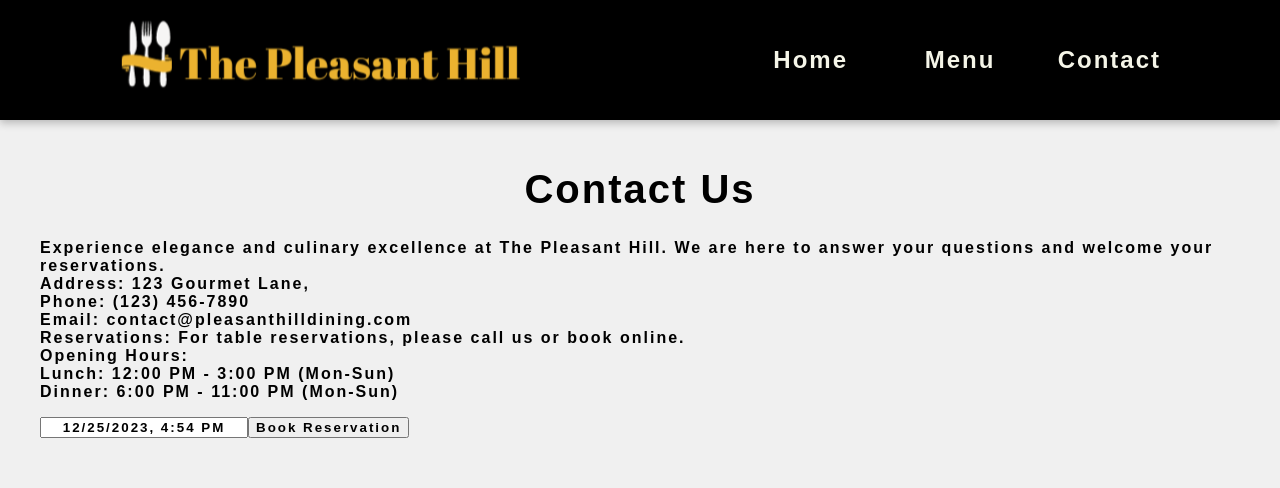
Repository: shayanabedi98/pleasant-hill-restaurant
Page: /, after clicking the first element matching `ul > :nth-child(3)`
The author's editor kept a copy of each file at every save. The page is drawn from the files as they stood at one save, then again after the next save.
The browser window is 1280 px wide. The pictures show the part of the page from y = 0 to 488 px (the page is 1010 px tall).
Pictures or frames that could not be fetched are drawn as grey boxes. Some web fonts or font styles are not loaded; a fallback is used. The project was rebuilt for these pictures with package versions that can differ from the ones it lists, and the page was loaded fresh each time. Also part of the build but not shown: vite.config.js, src/components/MenuList.jsx, src/components/Appetizers.jsx, src/components/Entrees.jsx, src/components/Desserts.jsx, src/components/Drinks.jsx, src/components/Menu.jsx, src/index.css.

Above is the page before, as saved 2024-01-08 16:05:55.

### index.html
<!doctype html>
<html lang="en">
  <head>
    <meta charset="UTF-8" />
    <link rel="icon" type="image/svg+xml" href="/vite.svg" />
    <meta name="viewport" content="width=device-width, initial-scale=1.0" />
    <link rel="preconnect" href="https://fonts.googleapis.com">
    <link rel="preconnect" href="https://fonts.gstatic.com" crossorigin>
    <link href="https://fonts.googleapis.com/css2?family=Italiana&display=swap" rel="stylesheet">
    <title></title>
  </head>
  <body>
    <div id="root"></div>
    <script type="module" src="/src/main.jsx"></script>
  </body>
</html>

### src/App.jsx
import { useState } from "react";
import Contact from "./components/Contact";
import Home from "./components/Home";
import Menu from "./components/Menu";
import Navbar from "./components/Navbar";
import "./App.css";

function App() {
  const [activeDiv, setActiveDiv] = useState({
    home: true,
    menu: false,
    contact: false,
  });

  const renderDiv = (clickedItem) => {
    setActiveDiv({
      home: clickedItem === 'home',
      menu: clickedItem === 'menu',
      contact: clickedItem === 'contact'
    })
  }

  return (
    <>
      <Navbar onClick={renderDiv} />
      {activeDiv.home && <Home />}
      {activeDiv.menu && <Menu />}
      {activeDiv.contact && <Contact />}
    </>
  );
}

export default App;

### src/components/Contact.jsx
import React, { useState } from "react";
import DatePicker from "react-datepicker";
import "react-datepicker/dist/react-datepicker.css";

const Contact = () => {
  const [startDate, setStartDate] = useState(new Date());

  const startOfDay = new Date();
  startOfDay.setHours(19, 0, 0, 0);
  const endOfDay = new Date();
  endOfDay.setHours(23, 0, 0, 0);

  return (
    <div className="contact">
      <h1>Contact Us</h1>
      <p>
        Experience elegance and culinary excellence at The Pleasant Hill. We are
        here to answer your questions and welcome your reservations.
        <br />
        Address:
        123 Gourmet Lane,
        <br />
        Phone: (123) 456-7890
        <br />
        Email: contact@pleasanthilldining.com
        <br />
        Reservations: For table reservations,
        please call us or book online.
        <br />
        Opening Hours:
        <br />
        Lunch:
        12:00 PM - 3:00 PM (Mon-Sun)
        <br />
        Dinner: 6:00 PM - 11:00 PM (Mon-Sun)
        <br />
      </p>
      <DatePicker
        selected={startDate}
        onChange={(date) => setStartDate(date)}
        minDate={startDate}
        minTime={startOfDay}
        maxTime={endOfDay}
        showTimeSelect
        dateFormat="Pp"
      />
      <button>Book Reservation</button>
      <div className="iframe-div">
        <iframe
          className="map"
          src="https://www.google.com/maps/embed?pb=!1m18!1m12!1m3!1d721.6078904512414!2d-79.3904640303319!3d43.65999366841537!2m3!1f0!2f0!3f0!3m2!1i1024!2i768!4f13.1!3m3!1m2!1s0x882b34b7cf806435%3A0x842c90518fb9fea1!2s109%20College%20St%2C%20Toronto%2C%20ON%20M5G%201L6!5e0!3m2!1sen!2sca!4v1703711320331!5m2!1sen!2sca"
          width="800"
          height="400"
          style={{ border: 0 }}
        ></iframe>
      </div>
    </div>
  );
};

export default Contact;

### src/components/Home.jsx
import React from 'react'
import aboutImg from '../assets/about.jpg'
import toronto from '../assets/toronto.jpg'
import '../assets/banner.jpg'

const Home = () => {
  return (
    <div className='home'>
      <div className='banner-content'>
        <h1>Dine in luxury at The Pleasant Hill</h1>
        <div className='banner-buttons'>
          <button>View Menu</button>
          <button>Book Reservation</button>
        </div>
      </div>
      <div className="about">
        <div className='about1'>
          <img src={aboutImg} alt="zoomed in picture of a dining table with utensils" />
          <h2>Indulge in the Epitome of Gastronomic Luxury at The Pleasant Hill, Toronto's premier dining establishment where every dish promises an adventure for the senses. Experience the pinnacle of culinary artistry in the heart of Ontario. Each dish is a masterpiece, composed of the finest locally-sourced ingredients and presented with the elegance worthy of royalty.</h2>
        </div>

        <div className="about2">
          <p>Nestled in the heart of Toronto, Ontario, The Pleasant Hill offers an oasis of culinary refinement in a world bustling with activity. This luxurious haven of gastronomy is not just a restaurant; it is a destination where the art of fine dining is celebrated, and every meal is an exquisite journey. With its opulent ambiance, The Pleasant Hill invites patrons to indulge in a symphony of flavors crafted by world-renowned chefs. Our sommelier-curated wine selection complements the epicurean delights, featuring rare vintages and sought-after labels from the most esteemed vineyards. At The Pleasant Hill, we believe that a meal should be a cherished moment, a time to savor the luxuries that life has to offer. We take pride in creating an unforgettable experience that begins with a warm welcome and lingers long after the last decadent dessert is enjoyed. Come, be our guest and immerse yourself in the pinnacle of Toronto's dining scene.</p>
          <img src={toronto} alt="Toronto skyline" />
        </div>
      </div>
    </div>
  )
}

export default Home

### src/components/Navbar.jsx
import React from "react";
import logo from "../assets/logo2.png";

const Navbar = ({ onClick }) => {
  return (
    <div className="navbar">
      <img src={logo} alt="" />
      <ul>
        <li onClick={() => onClick("home")}>Home</li>
        <li onClick={() => onClick("menu")}>Menu</li>
        <li onClick={() => onClick("contact")}>Contact</li>
      </ul>
    </div>
  );
};

export default Navbar;

### src/App.css
* {
  font-family: 'Italiana', sans-serif;
  font-weight: 600;
  letter-spacing: 2px;
}

body {
  padding: 0px;
  margin: 0px;
}

.navbar {
  background-color: black;
  display: grid;
  grid-template-columns: 1fr 1fr;
  place-items: center;
  align-content: center;
  height: 120px;
  box-shadow: rgba(0, 0, 0, 0.24) 0px 3px 8px;
  z-index: 2;
  position: fixed;
  width: 100%;
  top: 0;
}

.navbar ul li {
  list-style: none;
  font-size: 24px;
  text-align: center;
  color: rgb(245, 245, 232);
  background-color: black;
}

.navbar ul {
  display: grid;
  width: 70%;
  grid-template-columns: 1fr 1fr 1fr;
  padding: 0px;
  margin: 0px;

}

.navbar ul li:hover {
  cursor: pointer;
  background-color: #aa9c66;
}

.banner-content {
  background: url('./assets/banner.jpg');
  background-attachment: fixed;
  height: 980px;
  display: grid;
  place-items: center;
}

.banner-content h1 {
  position: relative;
  top: 200px;
  font-size: 70px;
  color: #ffffff;
}

.banner-buttons {
  position: relative;
  top: -150px;
  display: grid;
  grid-template-columns: 1fr 1fr;
  gap: 50px;
}

.banner-buttons button {
  width: 170px;
  height: 70px;
  font-size: 20px;
  border: none;
  background-color: #aa9c66;
  color: #ffffff;
  cursor: pointer;
  box-shadow: rgba(50, 50, 93, 0.25) 0px 13px 27px -5px, rgba(0, 0, 0, 0.3) 0px 8px 16px -8px;
}

.about {
  box-shadow: rgba(0, 0, 0, 0.1) 0px 4px 6px -1px, rgba(0, 0, 0, 0.06) 0px 2px 4px -1px;
  width: 1220px;
  margin: 70px auto;
  padding: 40px;
  text-align: start;
  background-color: #f0f0f0;
}

.about1, .about2 {
  display: grid;
  grid-template-columns: 1fr 1fr;
  place-items: center;
  width: 1200px;
  margin: 70px auto;
  padding: 25px;
  line-height: 35px;
}

.about img {
  height: 550px;
  width: 550px;
  object-fit: cover;
}

.menu {
  background-color: #f0f0f0;
  width: 1220px;
  padding: 40px;
  margin: 120px auto;
  box-shadow: rgba(0, 0, 0, 0.1) 0px 4px 6px -1px, rgba(0, 0, 0, 0.06) 0px 2px 4px -1px;
}

.card-container {
  display: grid;
  gap: 20px;
  grid-template-columns: repeat(3, 1fr);
  place-items: center;
  color: #aa9c66;
  width: 1200px;
  margin: auto;
}

.menu-imgs {
  width: 300px;
  margin: 30px 30px 30px 30px;
  border-radius: 5%;
}

.menu-desc {
  text-align: center;
  font-weight: 600;
  padding-left: 20px;
  padding-right: 20px
}

.menu-names {
  font-size: 25px;
  text-decoration: underline;
  color: rgb(158, 152, 96);
}

.card {
  width: 370px;
  min-height: 400px;
  cursor: pointer;
  box-shadow: 0 13px 27px -5px hsla(240, 30.1%, 28%, 0.25), 0 8px 16px -8px hsla(0, 0%, 0%, 0.3), 0 -6px 16px -6px hsla(0, 0%, 0%, 0.03);
  transition: all ease 200ms;
  display: grid;
  place-items: center;
  grid-template-rows: 1fr 0.3fr 0.3fr;
  background-color: black;
  border-radius: 1rem;
  overflow: hidden;

}

.card:hover {
  cursor: pointer;
  transform: scale(1.03);
  box-shadow: 0 13px 40px -5px hsla(240, 30.1%, 28%, 0.12), 0 8px 32px -8px hsla(0, 0%, 0%, 0.14), 0 -6px 32px -6px hsla(0, 0%, 0%, 0.02);
}


.menu-desc, .menu-names {
  background-color: black;
}

.menu h2 {
  text-align: center;
  font-size: 35px;
  margin: 60px 0 60px 0;

}

.menu h1 {
  text-align: center;
  font-size: 40px;
}

.menu-top-p {
  text-align: center;
  font-size: 23px;
  width: 1200px;
  margin: 70px auto;
}

.contact {
  background-color: #f0f0f0;
  width: 1200px;
  margin: 100px auto;
  height: 730px;
  padding: 40px;
}


.contact h1 {
  text-align: center;
  width: 1200px;
  font-size: 40px;

}

.contact h2 {
  text-align: center;
  margin: 50px auto;
  width: 1000px;
  font-size: 20px;
}

.contact h3 {
  text-align: center;
  margin: 40px auto;
}

/* Style the calendar container */
.react-datepicker {
  border: none;
  border-radius: 10px;
  box-shadow: 0 4px 8px rgba(0, 0, 0, 0.1);

}

react-datepicker__input-container {
  margin: 0 auto;
}

.contact input {
  width: 200px;
  text-align: center;
  font-family: sans-serif;
}

/* Style the header */
.react-datepicker__header {
  background-color: #4a90e2;
  color: white;
}

/* Style the days of the week */
.react-datepicker__day-name {
  color: #333;
}

/* Style the date cells */
.react-datepicker__day, .react-datepicker__day-name {
  width: 2.5rem;
  line-height: 2.5rem;
  margin: 0.166rem;
  border-radius: 50%;
}

/* Style the selected date */
.react-datepicker__day--selected {
  background-color: #c2ab4f;
  color: white;
}

/* Style the hover effect on dates */
.react-datepicker__day:hover {
  background-color: #aa9c66;
}

.react-datepicker__time-container {
width: 120px;
}

.react-datepicker__time-box {
  width: 120px !important;
}


.iframe-div {
  margin: 50px auto;
  display: flex;
  justify-content: center;
  align-items: center;
  height: 400px;
}



@media only screen and (max-width: 1300px) {
  .about {
    width: 100%;
    padding: 0;
  }

  .about1, .about2 {
    grid-template-rows: 1fr 1fr;
    grid-template-columns: none;

  }

  .about1 {
    margin: 0;
    padding-top: 50px;
  }

  .about1 img {
    width: 500px;
    height: 300px;
  }

  .about1 h2 {
    font-size: 20px;
    margin: 50px 40px 40px 40px;
    text-align: center;
  }

  .about2 img {
    order: -1;
    width: 600px;
    height: 400px;
  }

  .about2 p {
    text-align: center;
    font-size: 15px;
  }

  .banner-content {
    width: 100%;
  }

  .home {
    width: 100%;
  }

  .home h1 {
    font-size: 45px;
  }

  .banner-buttons button {
    width: 170px;
  }

}

Loaded but not shown: src/main.jsx (common file)

After the next save:
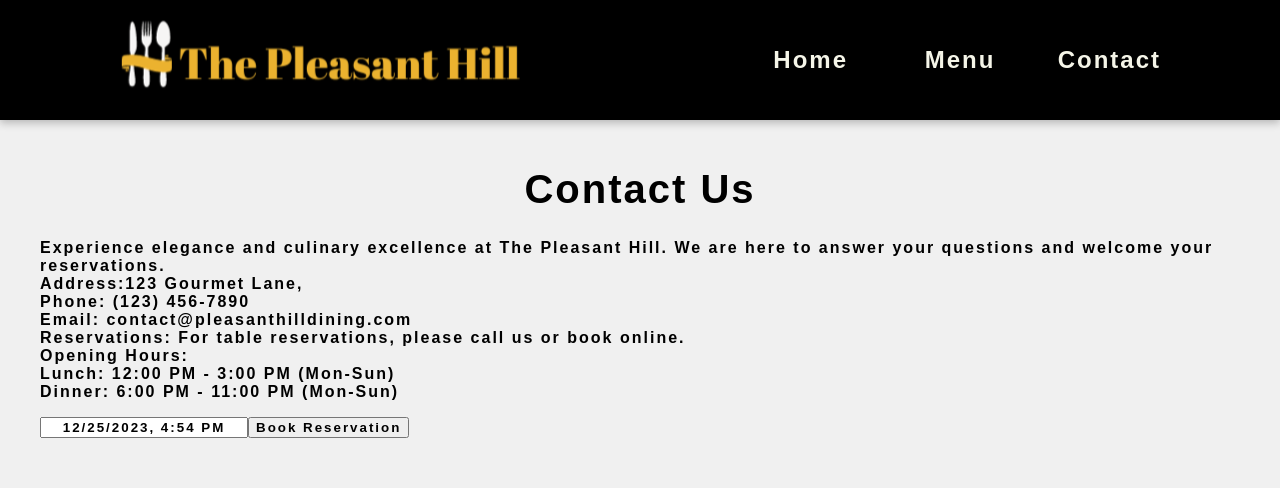
Saved 2 min 4 s later.
--- a/src/components/Contact.jsx
+++ b/src/components/Contact.jsx
@@ -17,7 +17,7 @@
         Experience elegance and culinary excellence at The Pleasant Hill. We are
         here to answer your questions and welcome your reservations.
         <br />
-        Address:
+        <span>Address:</span>
         123 Gourmet Lane,
         <br />
         Phone: (123) 456-7890

After the save that followed:
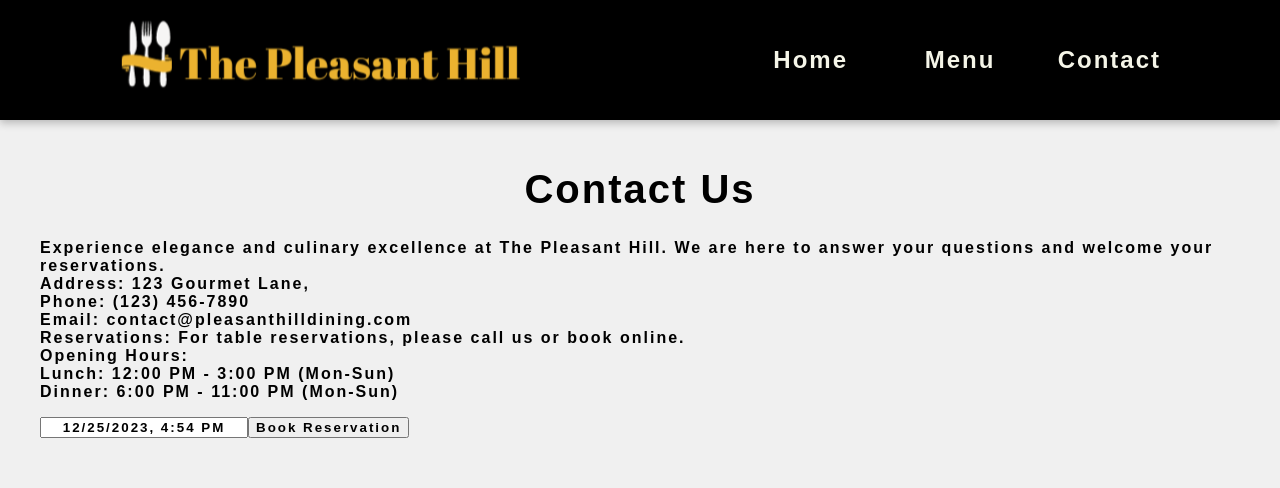
Saved 22 s later.
--- a/src/components/Contact.jsx
+++ b/src/components/Contact.jsx
@@ -17,8 +17,7 @@
         Experience elegance and culinary excellence at The Pleasant Hill. We are
         here to answer your questions and welcome your reservations.
         <br />
-        <span>Address:</span>
-        123 Gourmet Lane,
+        <span>Address:</span> 123 Gourmet Lane,
         <br />
         Phone: (123) 456-7890
         <br />
